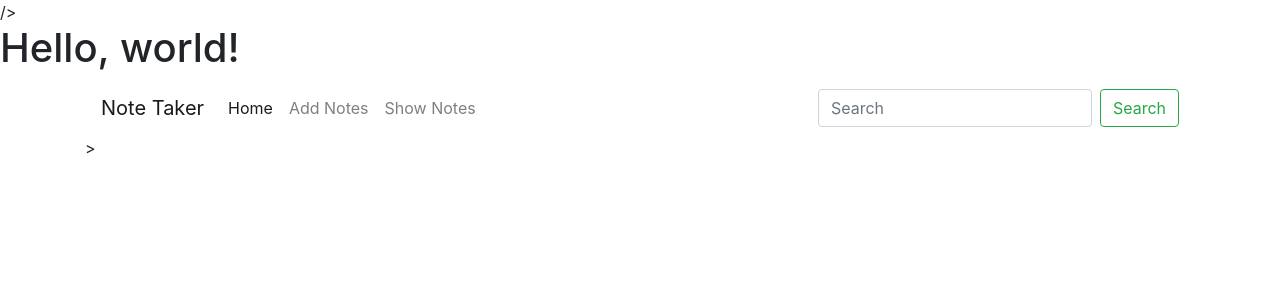
Repository: nayanchy123456/TODO-Project
Page: http://localhost/NoteTaker/
The author's editor kept a copy of each file at every save. The page is drawn from the files as they stood at one save, then again after the next save.
The browser window is 1280 px wide. The pictures show the whole page.
Some web libraries are served in a nearby version. The page is served by Tomcat 10.

Above is the page before, as saved 2024-09-03 10:21:10.

After the next save:
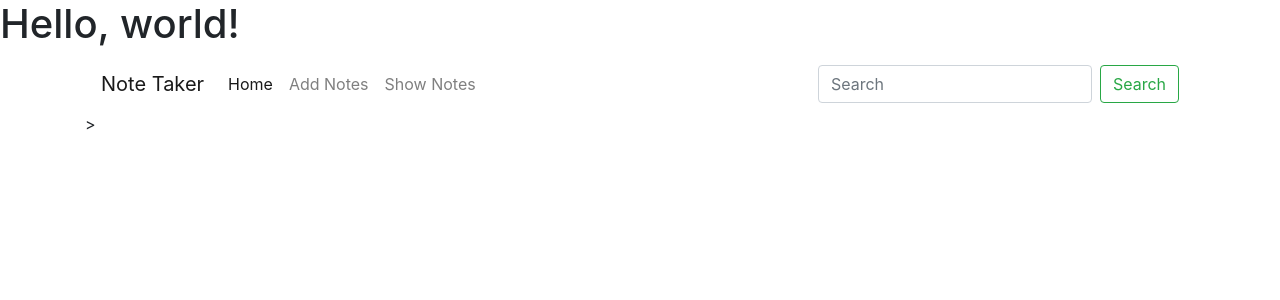
Saved 74 s later.
--- a/TODO webApplication/NoteTaker/src/main/webapp/index.jsp
+++ b/TODO webApplication/NoteTaker/src/main/webapp/index.jsp
@@ -6,8 +6,8 @@
     <meta name="viewport" content="width=device-width, initial-scale=1, shrink-to-fit=no">
 
     <!-- Bootstrap CSS -->
-    <link rel="stylesheet" href="https://cdn.jsdelivr.net/npm/bootstrap@4.0.0/dist/css/bootstrap.min.css" integrity="sha384-Gn5384xqQ1aoWXA+058RXPxPg6fy4IWvTNh0E263XmFcJlSAwiGgFAW/dAiS6JXm" crossorigin="anonymous">
-	<link href="css/style.css" rel="stylesheet">/>
+    <link rel="stylesheet" href="https://cdn.jsdelivr.net/npm/bootstrap@4.0.0/dist/css/bootstrap.min.css" integrity="sha384-Gn5384xqQ1aoWXA+058RXPxPg6fy4IWvTNh0E263XmFcJlSAwiGgFAW/dAiS6JXm" crossorigin="anonymous"/>
+	<link href="css/style.css" rel="stylesheet">
     <title>Hello, world!</title>
   </head>
   <body>
